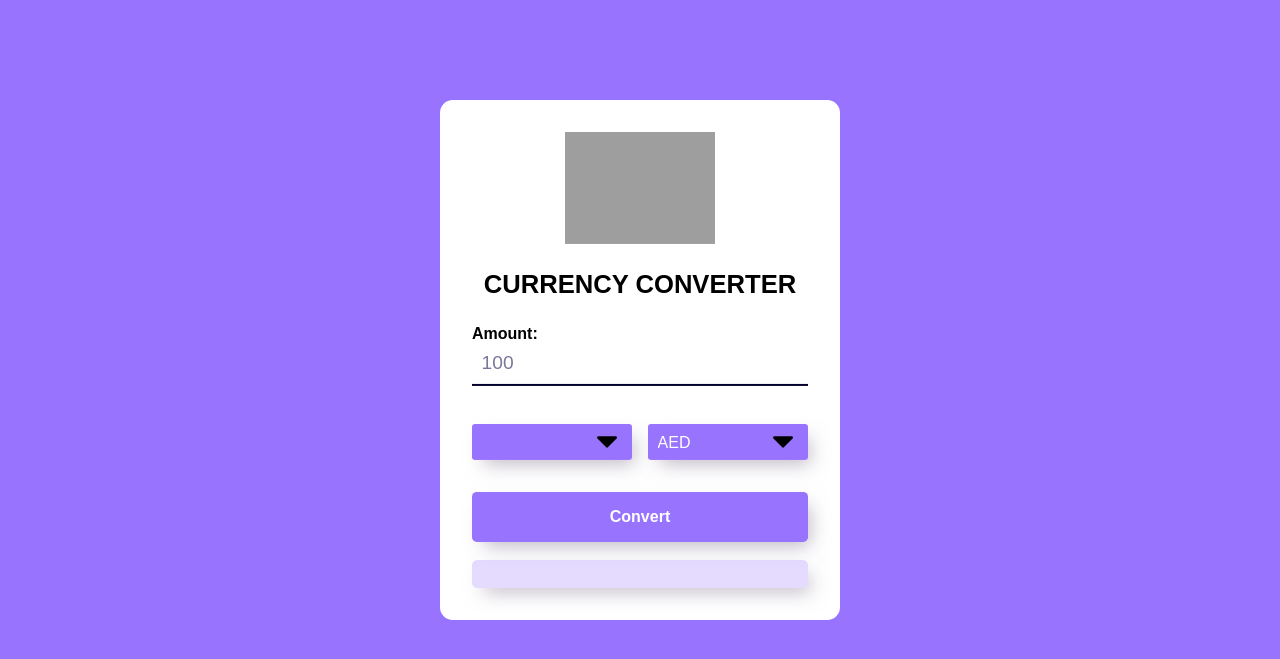
Repository: juansesu3/MoneyExchangeV4
Page: / (app in moneyConvertV4/)
These files come from the project's save history. The page is drawn as it stood at one moment and after the next save; the edit follows.
The browser window is 1280 px wide. The pictures show the whole page.
Pictures or frames that could not be fetched are drawn as grey boxes. The page's requests for data from a server got no answer. The project was rebuilt for these pictures with package versions that can differ from the ones it lists, and the page was loaded fresh each time. No one was signed in, and anything a server would have sent is missing. Also part of the build but not shown: moneyConvertV4/vite.config.js.

Above is the page before, as saved 2023-03-29 11:25:31.

### moneyConvertV4/index.html
<!DOCTYPE html>
<html lang="en">
  <head>
    <meta charset="UTF-8" />
    <link rel="icon" type="image/svg+xml" href="/vite.svg" />
    <meta name="viewport" content="width=device-width, initial-scale=1.0" />
    <title>Money Exchange</title>
  </head>
  <body>
    <div id="root"></div>
    <script type="module" src="/src/main.jsx"></script>
  </body>
</html>

### moneyConvertV4/src/App.jsx
import { useState, useEffect } from 'react'

import viteLogo from '/vite.svg'
import './App.css'

function App() {


  const currencies = [

    "AED",
    "AFN",
    "ALL",
    "AMD",
    "ANG",
    "AOA",
    "ARS",
    "AUD",
    "AWG",
    "AZN",
    "BAM",
    "BBD",
    "BDT",
    "BGN",
    "BHD",
    "BIF",
    "BMD",
    "BND",
    "BOB",
    "BRL",
    "BSD",
    "BTC",
    "BTN",
    "BWP",
    "BYN",
    "BZD",
    "CAD",
    "CDF",
    "CHF",
    "CLF",
    "CLP",
    "CNY",
    "COP",
    "CRC",
    "CUC",
    "CUP",
    "CVE",
    "CZK",
    "DJF",
    "DKK",
    "DOP",
    "DZD",
    "EGP",
    "ERN",
    "ETB",
    "EUR",
    "FJD",
    "FKP",
    "GBP",
    "GEL",
    "GGP",
    "GHS",
    "GIP",
    "GMD",
    "GNF",
    "GTQ",
    "GYD",
    "HKD",
    "HNL",
    "HRK",
    "HTG",
    "HUF",
    "IDR",
    "ILS",
    "IMP",
    "INR",
    "IQD",
    "IRR",
    "ISK",
    "JEP",
    "JMD",
    "JOD",
    "JPY",
    "KES",
    "KGS",
    "KHR",
    "KMF",
    "KPW",
    "KRW",
    "KWD",
    "KYD",
    "KZT",
    "LAK",
    "LBP",
    "LKR",
    "LRD",
    "LSL",
    "LYD",
    "MAD",
    "MDL",
    "MGA",
    "MKD",
    "MMK",
    "MNT",
    "MOP",
    "MRO",
    "MRU",
    "MUR",
    "MVR",
    "MWK",
    "MXN",
    "MYR",
    "MZN",
    "NAD",
    "NGN",
    "NIO",
    "NOK",
    "NPR",
    "NZD",
    "OMR",
    "PAB",
    "PEN",
    "PGK",
    "PHP",
    "PKR",
    "PLN",
    "PYG",
    "QAR",
    "RON",
    "RSD",
    "RUB",
    "RWF",
    "SAR",
    "SBD",
    "SCR",
    "SDG",
    "SEK",
    "SGD",
    "SHP",
    "SLL",
    "SOS",
    "SRD",
    "SSP",
    "STD",
    "STN",
    "SVC",
    "SYP",
    "SZL",
    "THB",
    "TJS",
    "TMT",
    "TND",
    "TOP",
    "TRY",
    "TTD",
    "TWD",
    "TZS",
    "UAH",
    "UGX",
    "USD",
    "UYU",
    "UZS",
    "VEF",
    "VES",
    "VND",
    "VUV",
    "WST",
    "XAF",
    "XAG",
    "XAU",
    "XCD",
    "XDR",
    "XOF",
    "XPD",
    "XPF",
    "XPT",
    "YER",
    "ZAR",
    "ZMW",
    "ZWL",

  ];

  let [data, setData]= useState([])
  let [entryCurrency, setEntryCurrency]= useState([])
  let [exitCurrency, setExitCurrency]= useState('COP')
  let [intValue, setIntValue] = useState(100)


  let api = `https://v6.exchangerate-api.com/v6/48f9da01adc99f959985ea50/latest/USD`;
  const fromDropDown = document.getElementById('from-currency-select');
  const toDropDown = document.getElementById('to-currency-select');


  useEffect(() => {
    fetch(api).then(resp => resp.json())
      .then((apidata) => setData(apidata));

  }, [])



  let convertCurrency = () => {
    //Create References
    const amount = document.querySelector('#amount').value;
    const fromCurrency = fromDropDown.value;
    const toCurrency = toDropDown.value;
    // If amounth input field is not empty
    if (amount.length != 0) {
      let fromExchangeRate = data.conversion_rates[fromCurrency];
      let toExchangeRate = data.conversion_rates[toCurrency];
      const convertedAmount = (amount / fromExchangeRate) * toExchangeRate;
      result.innerHTML = ` ${amount} ${fromCurrency} = ${convertedAmount.toFixed(2)} ${toCurrency}`;
    } else {
      alert('Please fill in the amounth')
    }
  };

  return (
    <div>
      <div className="wrapper">
        <div className="app-details">
          <img src="https://github.com/MatteoSuarez/money-exchange_v3/blob/main/src/ressources/icon.png?raw=true" className="app-icon" />
          <h1 className="app-title">currency converter</h1>
        </div>
        <label htmlFor="amount">Amount:</label>
        <input type="number" id="amount" value={intValue}  onChange={e => setIntValue(e.target.value )} />

        <div className="dropdowns">
          <select id="from-currency-select" >{currencies.map((currency) => { return (<option onChange={e => setEntryCurrency(currency )}>{entryCurrency}</option>) })}</select>
          <select id="to-currency-select">{currencies.map((currency) => { return (<option>{currency}</option>) })}</select>
        </div>
        <button id="convert-button" onClick={() => { convertCurrency() }}>Convert</button>
        <p id="result"></p>
      </div>

    </div>
  )
}

export default App

//onChange={e => setEntryCurrency(e.target.value )}

//value={entryCurrency} onChange={e => setEntryCurrency({text:e.target.value}) }

### moneyConvertV4/src/App.css
* {
  padding: 0;
  margin: 0;
  box-sizing: border-box;
  font-family:  "Poppins", sans-serif;
  border: none;
  outline: none;
}

body {
  background-color: #9873fe;
}

.wrapper  {
  width: 90%;
  max-width: 25em;
  background-color: #ffff;
  position: absolute;
  transform: translate(-50%, -50%);
  left: 50%;
  top: 50%;
  padding: 2em;
  border-radius: 0.8em;
}

.app-details {
  display: flex;
  align-items: center;
  flex-direction: column;
}

.app-icon {
  width: 9.37em;
}

.app-title {
  font-size: 1.6em;
  text-transform: uppercase;
  margin-bottom: 1em;
  margin-top: 1em;
}

label {
  display: block;
  font-weight: 600;
}

input#amount {
  font-weight: 400;
  font-size: 1.2em;
  display: block;
  width: 100%;
  border-bottom: 2px solid #02002c;
  color: #7a789d;
  margin-bottom: 2em;
  padding: 0.5em;
}

input#amount:focus {
  color: #9873fa;
  border-color: #9873fa;
}

.dropdowns {
  display: flex;
  align-items: center;
  justify-content: space-between;
  gap: 1em;
}

select {
  width: 100%;
  padding: 0.6em;
  font-size: 1em;
  border-radius: 0.2em;
  appearance: none;
  -webkit-appearance: none;
  -moz-appearance: none;
  background-image: url(../src/assets/arrow-down.png);
  background-repeat: no-repeat;
  background-position: right 15px top 50%, center;
  background-size: 20px 20px;
  background-color: #9873fe;
  color: #ffff;
  box-shadow: 7px 9px 19px -5px rgba(170, 160, 179, 0.75);
}

select:hover{
  cursor: pointer;

}

select:active {
  box-shadow: 1 1 1  blue;
  font-size: 1.01em;
}

select option {
  background-color: #ffff;
  color: #02002c;
}

button {
  font-size: 1em;
  width: 100%;
  background-color: #9873fe;
  padding: 1em 0;
  margin-top: 2em;
  border-radius: 0.3em;
  color: #ffff;
  font-weight: 600;
  box-shadow: 7px 9px 19px -5px rgba(170, 160, 179, 0.75);
}

button:hover{
  cursor: pointer;

}

button:active {
  box-shadow: 1 1 1  blue;
  font-size: 1.05em;
}

#result {
  font-size: 1.1em;
  text-align: center;
  margin-top: 1em;
  color: #02002c;
  background-color: #e5dbff;
  padding: 0.8em 0;
  border-radius: 0.3em;
  box-shadow: 7px 9px 19px -5px rgba(170, 160, 179, 0.75);
}

Loaded but not shown: moneyConvertV4/src/main.jsx (common file)

After the next save:
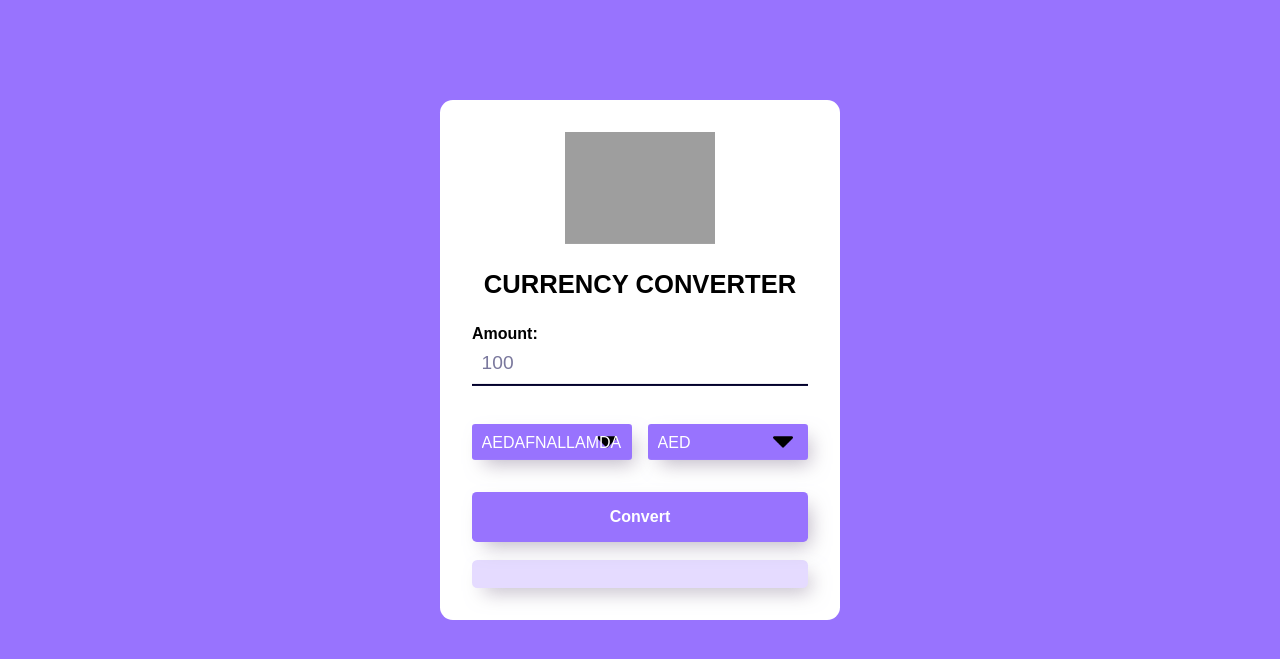
Saved 12 s later.
--- a/moneyConvertV4/src/App.jsx
+++ b/moneyConvertV4/src/App.jsx
@@ -182,7 +182,7 @@ function App() {
   ];
 
   let [data, setData]= useState([])
-  let [entryCurrency, setEntryCurrency]= useState([])
+  let [entryCurrency, setEntryCurrency]= useState(currencies)
   let [exitCurrency, setExitCurrency]= useState('COP')
   let [intValue, setIntValue] = useState(100)
 
